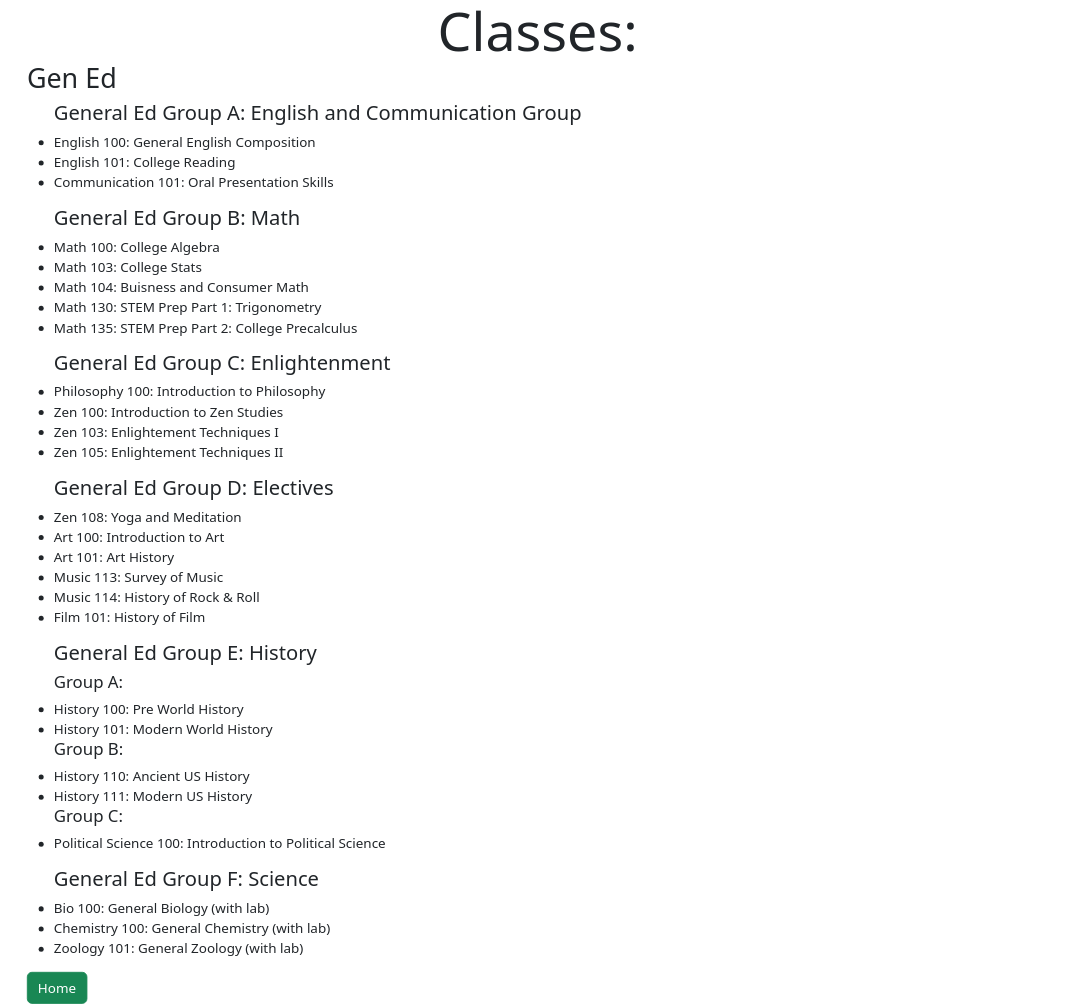
Repository: collegedude9300/zenschool
Page: /Classes
The author's editor kept a copy of each file at every save. The page is drawn from the files as they stood at one save, then again after the next save.
The browser window is 1280 px wide. The pictures show the whole page, at 84% of full size.
The project was rebuilt for these pictures with package versions that can differ from the ones it lists, and the page was loaded fresh each time. The framework's server and built-in components were replaced by stand-ins that run in the browser. Also part of the build but not shown: next.config.js.

Above is the page before, as saved 2022-10-28 09:32:18.

### pages/Classes.js
/* eslint-disable @next/next/no-html-link-for-pages */
import Head from 'next/head'
import Image from 'next/image'
import styles from '../styles/Home.module.css'
import 'bootstrap/dist/css/bootstrap.css'
import Link from 'next/link';
export default function Classes() {
  return (

    <div className={styles.container}>
      <Head>
        <title>Classes</title>
        <meta name="description" content="Generated by create next app" />
        <link rel="icon" href="/favicon.png" />
      </Head>
      <main className={styles.classpage}>
        <h1 className={styles.title}>
          Classes:
        </h1>
    <h2> Gen Ed</h2>
        <ul>
    <h4>General Ed Group A: English and Communication Group </h4>
   <li> English 100: General English Composition </li>
    <li> English 101: College Reading </li>
    <li> Communication 101: Oral Presentation Skills </li>
    </ul>
       <ul>
       <h4>General Ed Group B: Math </h4>
    <li> Math 100: College Algebra </li>
    <li> Math 103: College Stats </li>
    <li> Math 104: Buisness and Consumer Math </li>
    <li> Math 130: STEM Prep Part 1: Trigonometry </li>
    <li> Math 135:  STEM Prep Part 2: College Precalculus </li>
    </ul>
    <ul>
    <h4>General Ed Group C: Enlightenment </h4>
    <li> Philosophy 100: Introduction to Philosophy </li>
    <li> Zen 100: Introduction to Zen Studies </li>
    <li> Zen 103: Enlightement Techniques I </li>
    <li> Zen 105: Enlightement Techniques II </li>
    </ul>
    <ul>
    <h4>General Ed Group D: Electives </h4>
    <li> Zen 108:  Yoga and Meditation </li>
    <li> Art 100: Introduction to Art</li>
    <li> Art 101: Art History </li>
    <li> Music 113: Survey of Music </li>
    <li> Music 114: History of Rock & Roll </li>
    <li> Film 101: History of Film </li>
    </ul>
    <ul>
    <h4>General Ed Group E: History </h4>
    <h5> Group A:</h5>
    <li> History 100: Pre World History  </li>
    <li> History 101: Modern World History </li>
    <h5> Group B:</h5>
    <li> History 110: Ancient US History </li>
    <li> History 111: Modern US History </li>
    <h5> Group C:</h5>
    <li> Political Science 100: Introduction to Political Science </li>
    </ul>
    <ul>
    <h4>General Ed Group F: Science </h4>
    <li> Bio 100: General Biology (with lab) </li>
    <li> Chemistry 100: General Chemistry (with lab)</li>
    <li> Zoology 101: General Zoology (with lab)</li>
    </ul>
    <Link legacyBehavior href="/">
        <a className="btn btn-success">Home</a>
        </Link>
      </main>
    </div>
  )
}

### styles/Home.module.css
.container {
  padding: 0 2rem;
}

.main {
  min-height: 100vh;
  padding: 4rem 0;
  flex: 1;
  display: flex;
  flex-direction: column;
  justify-content: center;
  align-items: center;
  background-color: #d1d422;
}

.footer {
  display: flex;
  flex: 1;
  padding: 2rem 0;
  border-top: 1px solid #eaeaea;
  justify-content: center;
  align-items: center;
}

.footer a {
  display: flex;
  justify-content: center;
  align-items: center;
  flex-grow: 1;
}

.title a {
  color: #0070f3;
  text-decoration: none;
}

.title a:hover,
.title a:focus,
.title a:active {
  text-decoration: underline;
}

.title {
  margin: 0;
  line-height: 1.15;
  font-size: 4rem;
}

.title,
.description {
  text-align: center;
}

.description {
  margin: 4rem 0;
  line-height: 1.5;
  font-size: 1.5rem;
}

.code {
  background: #fafafa;
  border-radius: 5px;
  padding: 0.75rem;
  font-size: 1.1rem;
  font-family: Menlo, Monaco, Lucida Console, Liberation Mono, DejaVu Sans Mono,
    Bitstream Vera Sans Mono, Courier New, monospace;
}

.grid {
  display: flex;
  align-items: center;
  justify-content: center;
  flex-wrap: wrap;
  max-width: 800px;
}

.card {
  margin: 1rem;
  padding: 1.5rem;
  text-align: left;
  color: inherit;
  text-decoration: none;
  border: 1px solid #eaeaea;
  border-radius: 10px;
  transition: color 0.15s ease, border-color 0.15s ease;
  max-width: 300px;
}

.card:hover,
.card:focus,
.card:active {
  color: #0070f3;
  border-color: #0070f3;
}

.card h2 {
  margin: 0 0 1rem 0;
  font-size: 1.5rem;
}

.card p {
  margin: 0;
  font-size: 1.25rem;
  line-height: 1.5;
}

.logo {
  height: 1em;
  margin-left: 0.5rem;
}

@media (max-width: 600px) {
  .grid {
    width: 100%;
    flex-direction: column;
  }
}

@media (prefers-color-scheme: dark) {
  .card,
  .footer {
    border-color: #222;
  }
  .code {
    background: #111;
  }
  .logo img {
    filter: invert(1);
  }
}

Loaded but not shown: pages/_app.js (common file); styles/globals.css (common file)

After the next save:
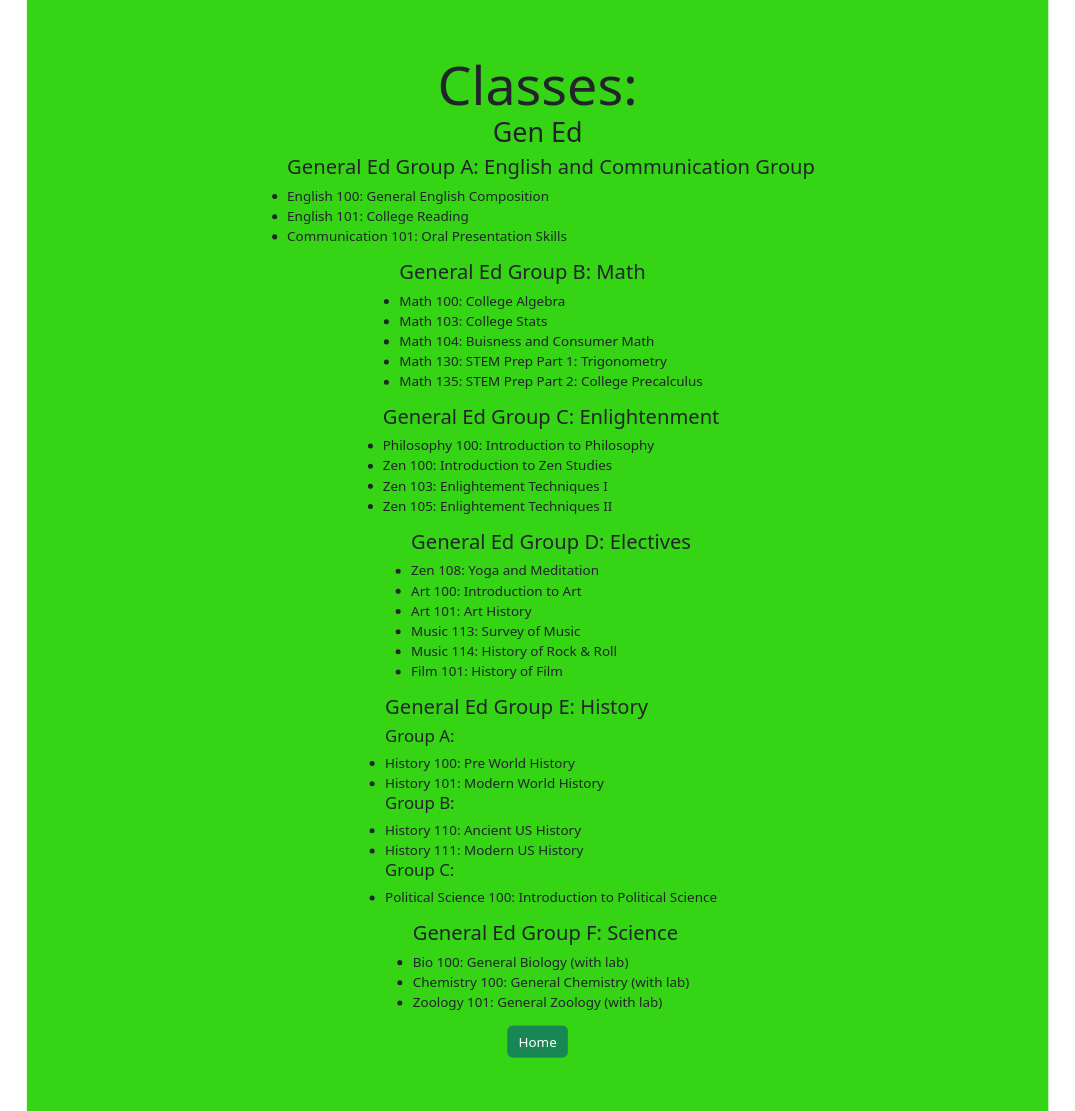
Saved 17 min 25 s later.
--- a/styles/Home.module.css
+++ b/styles/Home.module.css
@@ -1,7 +1,6 @@
 .container {
   padding: 0 2rem;
 }
-
 .main {
   min-height: 100vh;
   padding: 4rem 0;
@@ -12,7 +11,26 @@
   align-items: center;
   background-color: #d1d422;
 }
-
+.classpage {
+  min-height: 100vh;
+  padding: 4rem 0;
+  flex: 1;
+  display: flex;
+  flex-direction: column;
+  justify-content: center;
+  align-items: center;
+  background-color: #35d415;
+}
+.gened {
+  min-height: 100vh;
+  padding: 4rem 0;
+  flex: 1;
+  display: flex;
+  flex-direction: column;
+  justify-content: center;
+  align-items: center;
+  background-color: #18e6db;
+}
 .footer {
   display: flex;
   flex: 1;
